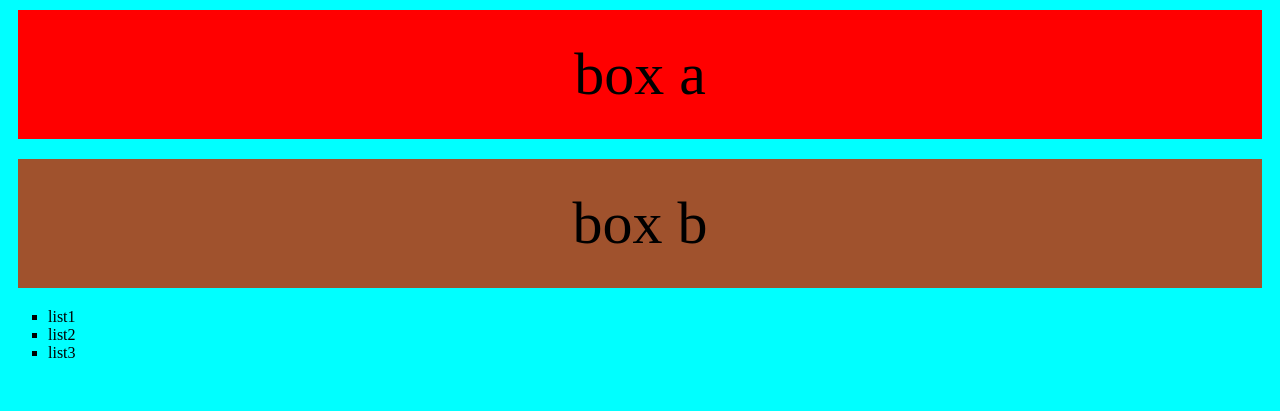
Repository: asifdotpy/testing-html-and-css
Page: index.html
These files come from the project's save history. The page is drawn as it stood at one moment and after a run of saves; the edit follows.
The browser window is 1280 px wide. The pictures show the whole page.

Above is the page before, as saved 2021-02-14 13:45:35.

### index.html
<!DOCTYPE html>
<html lang="en">
<head>
  <title>Bootstrap Example</title>
  <meta charset="utf-8">
  <meta name="viewport" content="width=device-width, initial-scale=1">
  <link rel="stylesheet" href="main.css">
</head>
<body>
      <div class="a">box a</div>
      <div class="b">box b</div>
      <div class="list">
        <ul>
          <li class="1">list1</li>
          <li class="2">list2</li>
          <li class="3">list3</li>
        </ul>
      </div>
</body>
</html>

### main.css
* {
    background-color: aqua;
}

div.a {
    font-size: 60px;
    margin: 10px 10px 20px;
    background-color: red;
    text-align: center;
    padding: 30px;
}

div.b {
    font-size: 60px;
    margin: 10px 10px 20px;
    background-color: sienna;
    text-align: center;
    padding: 30px;
}


ul {
    list-style-type: square;
}

ul li {
    font-size: ;
}

After the next 2 saves:
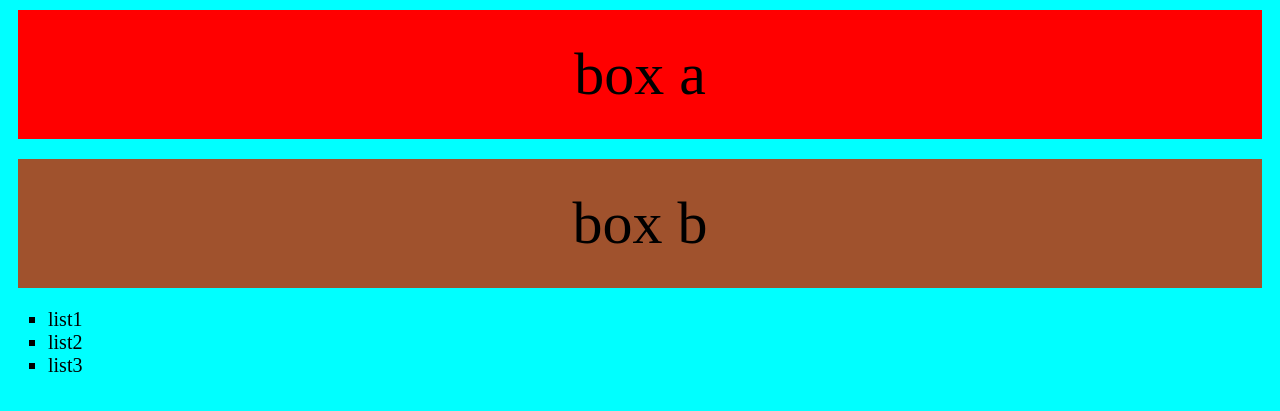
The 2 saves are shown as one change because they came seconds apart.
The last was saved 7 s later.
--- a/main.css
+++ b/main.css
@@ -24,5 +24,5 @@ ul {
 }
 
 ul li {
-    font-size: ;
+    font-size: 20px;
 }
